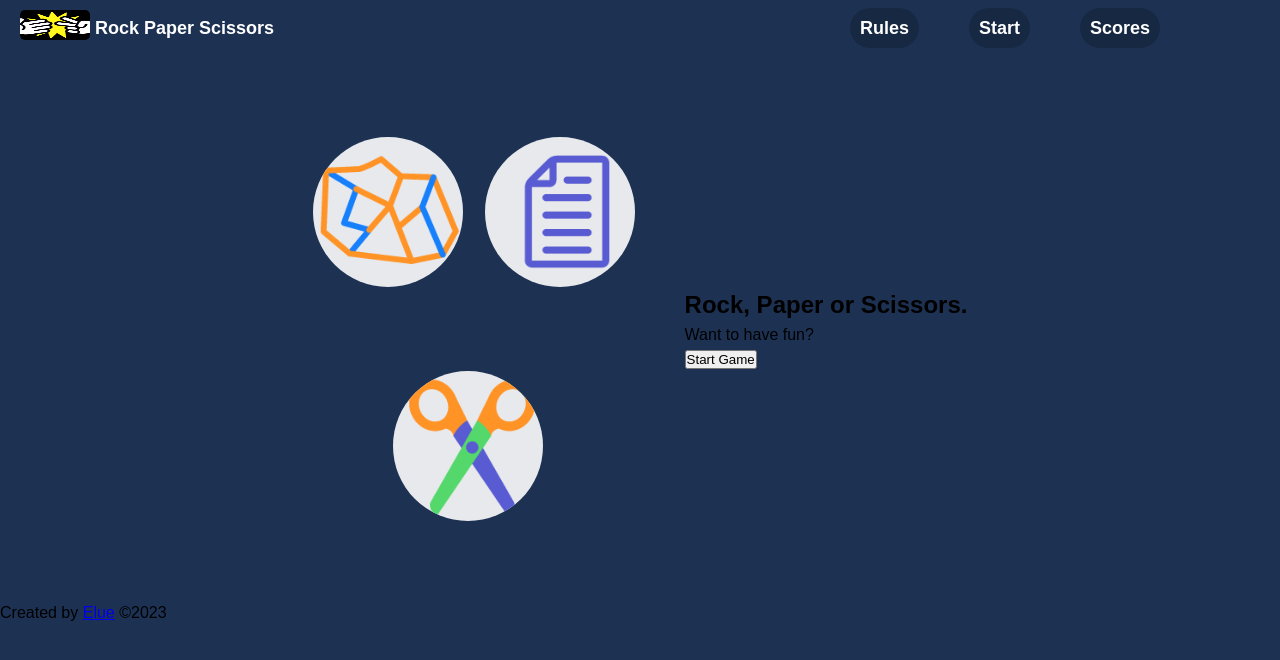
Repository: MikkyPrestige/rock-paper-scissors
Page: index.html
The author's editor kept a copy of each file at every save. The page is drawn from the files as they stood at one save, then again after the next save.
The browser window is 1280 px wide. The pictures show the whole page.

Above is the page before, as saved 2023-05-08 04:53:47.

After the next save:
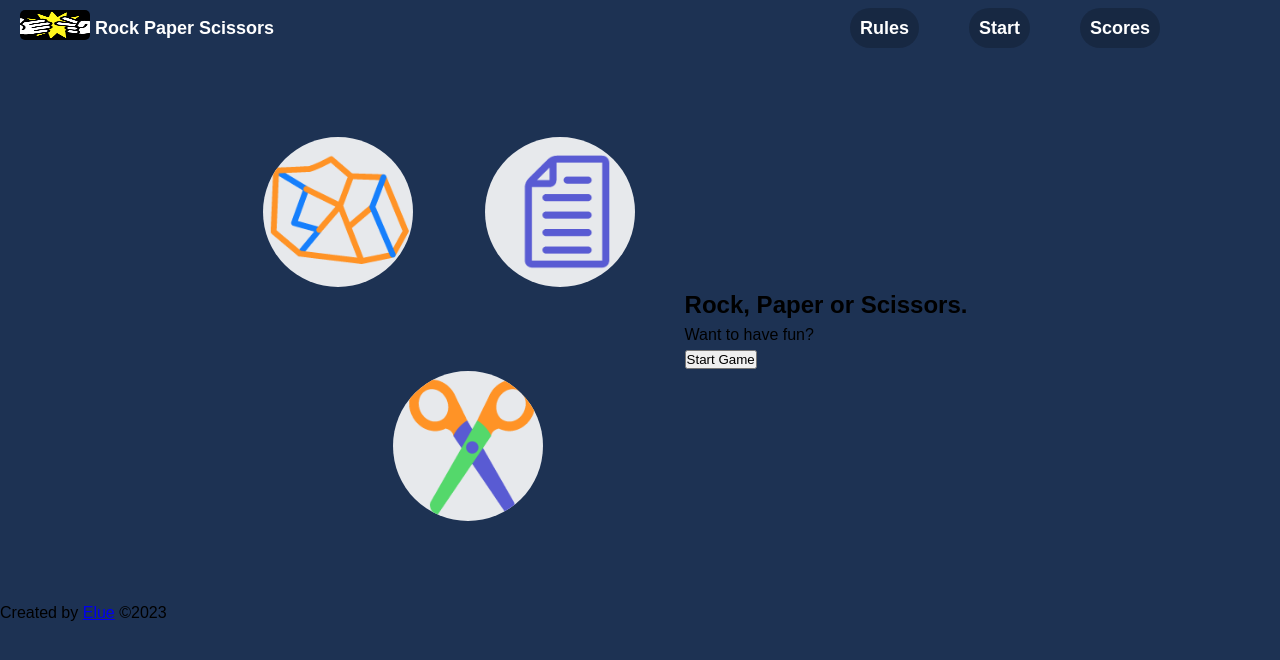
Saved 21 s later.
--- a/index.css
+++ b/index.css
@@ -118,7 +118,7 @@ li a:hover {
 .rock {
   position: absolute;
   top: 5rem;
-  left: 0rem;
+  left: -5rem;
 }
 
 .paper {

After the save that followed:
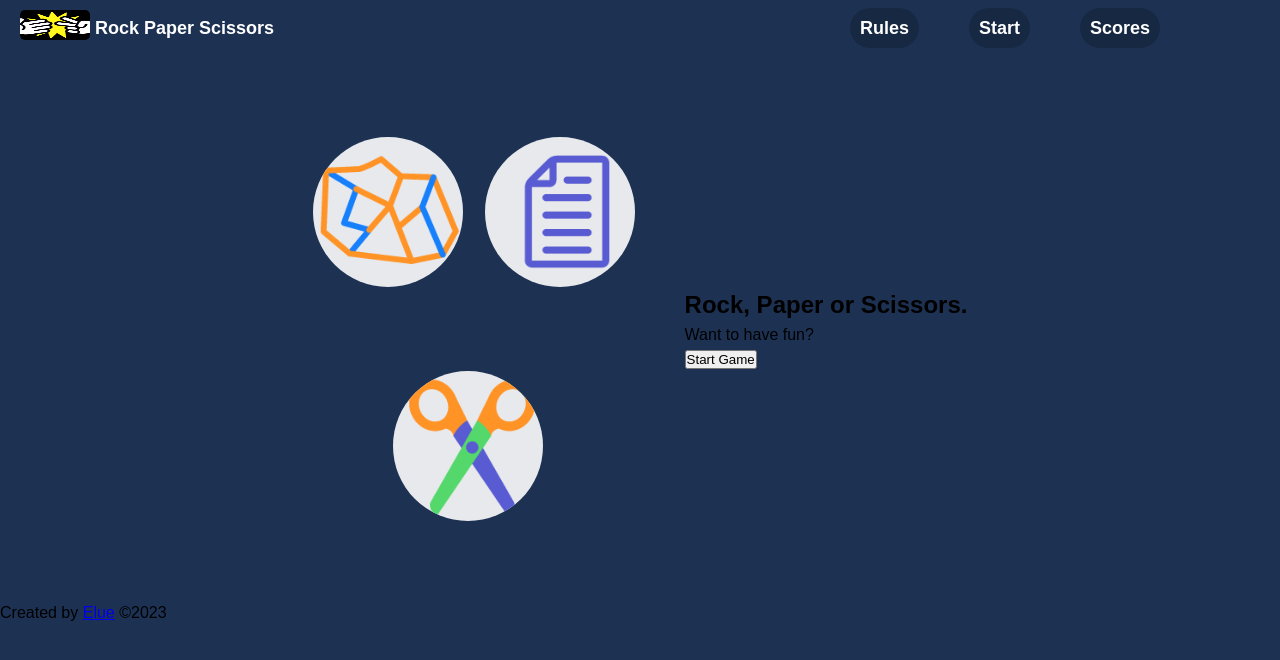
Saved 10 s later.
--- a/index.css
+++ b/index.css
@@ -118,7 +118,7 @@ li a:hover {
 .rock {
   position: absolute;
   top: 5rem;
-  left: -5rem;
+  left: 0rem;
 }
 
 .paper {
